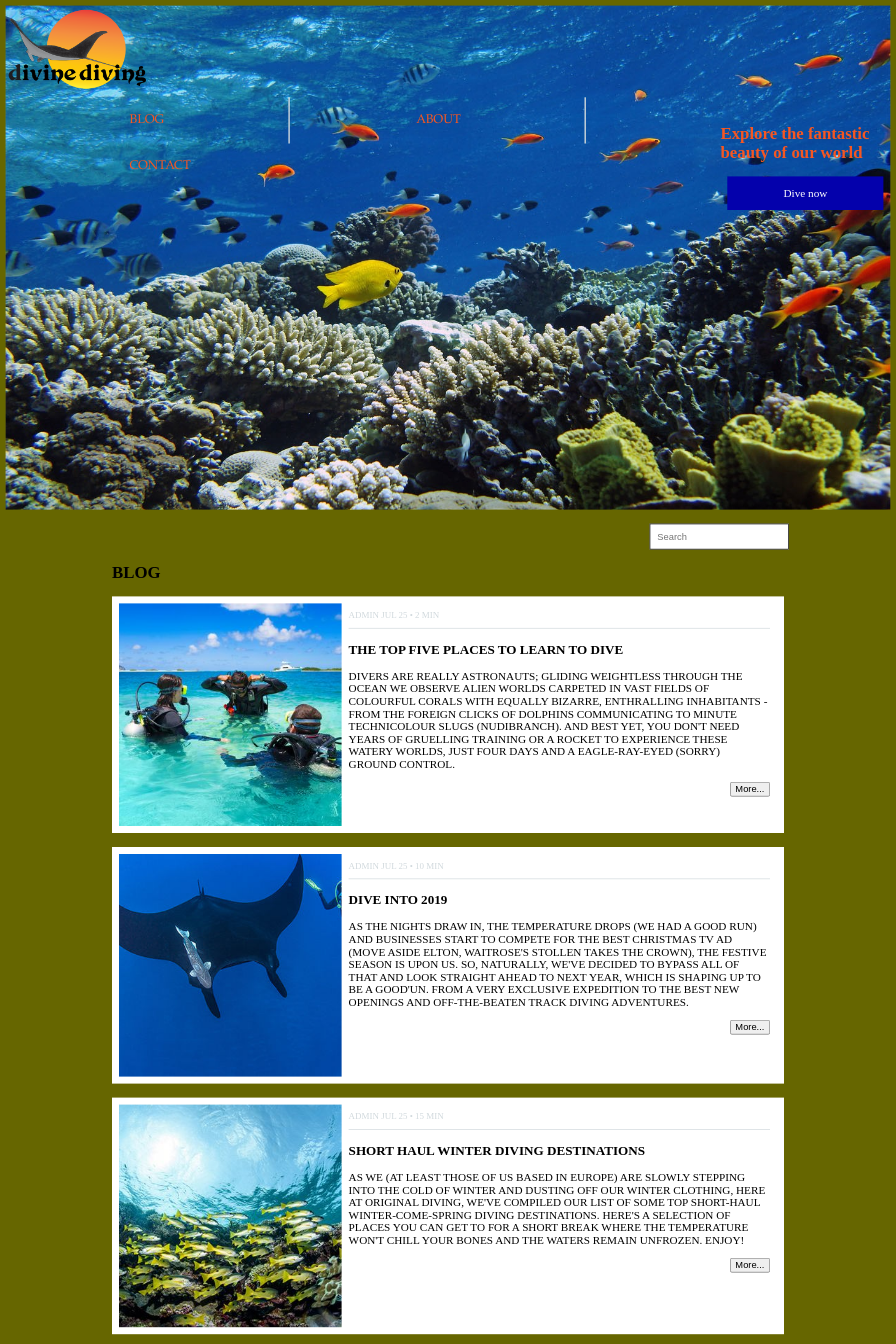
Repository: M1shkaBear/FLX
Page: FLX_homework_3/homework/index.html
An editor plug-in stored every save of this project. The page is shown before and after the next save, followed by the edit.
The browser window is 1280 px wide. The pictures show the part of the page from y = 0 to 1920 px (the page is 3609 px tall), at 70% of full size.
The style sheet was rebuilt from its Sass, Less or Tailwind sources for each picture, by a compiler version that may differ from the author's.

Above is the page before, as saved 2019-01-26 17:19:54.

### FLX_homework_3/homework/index.html
<!DOCTYPE html>
<html lang="en">
  <head>
    <meta charset="UTF-8" />
    <meta name="viewport" content="width=device-width, initial-scale=1.0" />
    <meta http-equiv="X-UA-Compatible" content="ie=edge" />

    <!-- Styles should be switched here: -->

    <!-- <link rel="stylesheet" type="text/css" href="css/style1.css" /> -->
    <link rel="stylesheet" type="text/css" href="css/style2.css" />

    <title>Explore the world of ocean</title>
  </head>

  <body>
    <div class="main-wrapper">
      <header>
        <div class="top-wrapper">
          <div class="logo"><img src="img/logo.png" alt="" /></div>

          <nav>
            <a role="button" href="#list" target="_self">Blog</a>
            <a role="button" href="#about" target="_self">About</a>
            <a role="button" href="#contact" target="_self">Contact</a>
          </nav>
        </div>
        <section>
          <h1>Explore the fantastic beauty of our world</h1>
          <a class="btn btn-top" href="#list" target="_self">Dive now</a>
        </section>
      </header>
      <main>
        <div class="toolbar"><input type="text" placeholder="Search" /></div>
        <section class="post-list" id="list">
          <h1>Blog</h1>
          <article>
            <img src="img/post-1.jpg" alt="" />
            <div>
              <div class="post">
                <div class="post-description">Admin Jul 25 &#8226; 2 min</div>
                <h3>The Top Five Places To Learn To Dive</h3>
                <p>
                  Divers are really astronauts; gliding weightless through the
                  ocean we observe alien worlds carpeted in vast fields of
                  colourful corals with equally bizarre, enthralling inhabitants
                  - from the foreign clicks of dolphins communicating to minute
                  technicolour slugs (nudibranch). And best yet, you don't need
                  years of gruelling training or a rocket to experience these
                  watery worlds, just four days and a eagle-ray-eyed (sorry)
                  ground control.
                </p>
              </div>
              <button class="btn">More...</button>
            </div>
          </article>
          <article>
            <img src="img/post-2.jpg" alt="" />
            <div>
              <div class="post">
                <div class="post-description">Admin Jul 25 &#8226; 10 min</div>
                <h3>Dive Into 2019</h3>
                <p>
                  As the nights draw in, the temperature drops (we had a good
                  run) and businesses start to compete for the best Christmas TV
                  ad (move aside Elton, Waitrose's Stollen takes the crown), the
                  festive season is upon us. So, naturally, we've decided to
                  bypass all of that and look straight ahead to next year, which
                  is shaping up to be a good'un. From a very exclusive
                  expedition to the best new openings and off-the-beaten track
                  diving adventures.
                </p>
              </div>
              <button class="btn">More...</button>
            </div>
          </article>
          <article>
            <img src="img/post-3.jpg" alt="" />
            <div>
              <div class="post">
                <div class="post-description">Admin Jul 25 &#8226; 15 min</div>
                <h3>Short Haul Winter Diving Destinations</h3>
                <p>
                  As we (at least those of us based in Europe) are slowly
                  stepping into the cold of winter and dusting off our winter
                  clothing, here at Original Diving, we've compiled our list of
                  some top short-haul winter-come-spring diving destinations.
                  Here's a selection of places you can get to for a short break
                  where the temperature won't chill your bones and the waters
                  remain unfrozen. Enjoy!
                </p>
              </div>
              <button class="btn">More...</button>
            </div>
          </article>
          <article>
            <img src="img/post-4.jpg" alt="" />
            <div>
              <div class="post">
                <div class="post-description">Admin Jul 25 &#8226; 20 min</div>
                <h3>Beat the System</h3>
                <p>
                  Question: do you consider yourself a canny operator (*taps
                  nose and winks*)? Are you willing to buck the trend, go
                  off-piste, roll the dice as it were? Well it's time to channel
                  your inner wheeler dealer, à la Del Boy Trotter (perhaps
                  without the dodgy gold medallions and morally ambiguous
                  schemes), and beat the system, whether travelling out of
                  season.
                </p>
              </div>
              <button class="btn">More...</button>
            </div>
          </article>
          <article>
            <img src="img/post-5.jpg" alt="" />
            <div>
              <div class="post">
                <div class="post-description">Admin Jul 25 &#8226; 28 min</div>
                <h3>Diving The Galapagos</h3>
                <p>
                  This year I turn 30. At the start of the year I decided that
                  it was going to be a big year for me; figure out my five year
                  plan, set some challenges, say 'yes' to as much as possible
                  and go on some unforgettable trips. The five year plan is
                  still a work in progress, however I did say 'yes' to
                  completing a ski marathon so that doubled with a challenge.
                </p>
              </div>
              <button class="btn">More...</button>
            </div>
          </article>
          <article>
            <img src="img/post-6.jpg" alt="" />
            <div>
              <div class="post">
                <div class="post-description">Admin Jul 25 42 min</div>
                <h3>The 8 Best Dive Sites in the World</h3>
                <p>
                  Bucket lists are for landlubbers. If you're a diver, and the
                  ocean is your oyster, then you NEED to dive these spots,
                  arguably the greatest dive sites on our blue planet.
                </p>
              </div>
              <button class="btn">More...</button>
            </div>
          </article>
        </section>

        <section class="about" id="about">
          <div>
            <h1>About Us</h1>
            <p>
              Our approach differs from other travel companies; we are a group
              of dedicated divers, marine biologists and travellers who take a
              creative approach to tailoring luxury diving holidays.
            </p>
            <p>
              We focus on understanding what you want from your holiday, from
              trips centred entirely around diving to holidays with the odd dive
              included here and there. No matter your level of dive experience
              and knowledge, we will tailor the perfect holiday to your
              requirements using a thoughtful approach, focused on the small
              details that make a big difference.
            </p>
            <p>
              Our aim is to make sure every detail of your holiday is planned to
              perfection by working with you to hone and finesse your itinerary
              to your exact requirements, from ensuring logistics like transfers
              and guides run like clockwork to giving you access to experiences
              the average traveller wouldn't find. So you can sit back, relax
              and enjoy your Original Diving holiday.
            </p>
          </div>
          <div><img src="img/about-section.jpg" alt="" /></div>
        </section>

        <section class="contact-form" id="contact">
          <h1>CONTACT US</h1>
          <h4>For any questions you may have, you can write us:</h4>

          <!-- TODO: write form fields -->
        </section>
      </main>
      <footer><span>&#169; 2019 Exploring the world</span></footer>
    </div>
  </body>
</html>

### FLX_homework_3/homework/scss/_variables2.scss
$contentBackground: #660;
$bgArticle: #ffffff;
$fonts: normal 18px/26px "Palatino Linotype", "Book Antiqua", Palatino, serif;
$bgImg: url("../img/header_background_v2.jpg");
$aColor: #f55722;
$abdcolor: #cfd8dc;
$btnColor: #0401ac;
$lineColor: #d1d9dd;

### FLX_homework_3/homework/scss/_main.scss
body {
  background: $contentBackground;
}

main {
  margin: 0 auto;
  width: 960px;
  article {
    background-color: $bgArticle;
  }
}

header {
  display: flex;
  background-image: $bgImg;
  background-position: center;
  background-size: cover;
  height: 100vh;
  .btn.btn-top {
    background-color: $btnColor;
    color: white;
    border: none;
    padding: 15px 80px;
    text-align: center;
    text-decoration: none;
    display: inline-block;
    font-size: 16px;
  }
  section {
    color: $aColor;
    display: flex;
    flex-direction: column;
    align-items: center;
    margin-top: 150px;
  }

  .logo {
    float: left;
    width: 20%;
    img {
      width: 100%;
      height: auto;
    }
  }
  nav {
    float: right;
    a {
      color: $aColor;
      font: $fonts;
      text-transform: uppercase;
      text-decoration: none;
      padding: 20px 177px 20px 177px;
      display: inline-block;
    }

    a:not(:last-of-type) {
      border-width: 0 2px 0 0;
      border-style: solid;
      border-color: $abdcolor;
    }
  }
}
#about img {
  width: 100%;
}
.toolbar {
  margin: 20px 0 0 80%;
  input {
    padding: 10px;
    border: 1px solid;
  }
}
.post-list {
  text-align: left;
  text-transform: uppercase;
  article {
    padding: 10px;
    margin-bottom: 20px;
    display: flex;
    flex-direction: row;
    justify-content: space-between;
    align-items: flex-start;
  }
  article > div {
    padding: 10px;
    display: flex;
    flex-direction: column;
    justify-content: space-between;
    align-items: flex-end;
  }
}
.post-description {
  font-size: 0.8em;
  border-bottom: 1px solid;
  margin-bottom: 10px;
  padding-bottom: 10px;
  color: $lineColor;
}

Loaded but not shown: FLX_homework_3/homework/scss/style2.scss (common file)

After the next save:
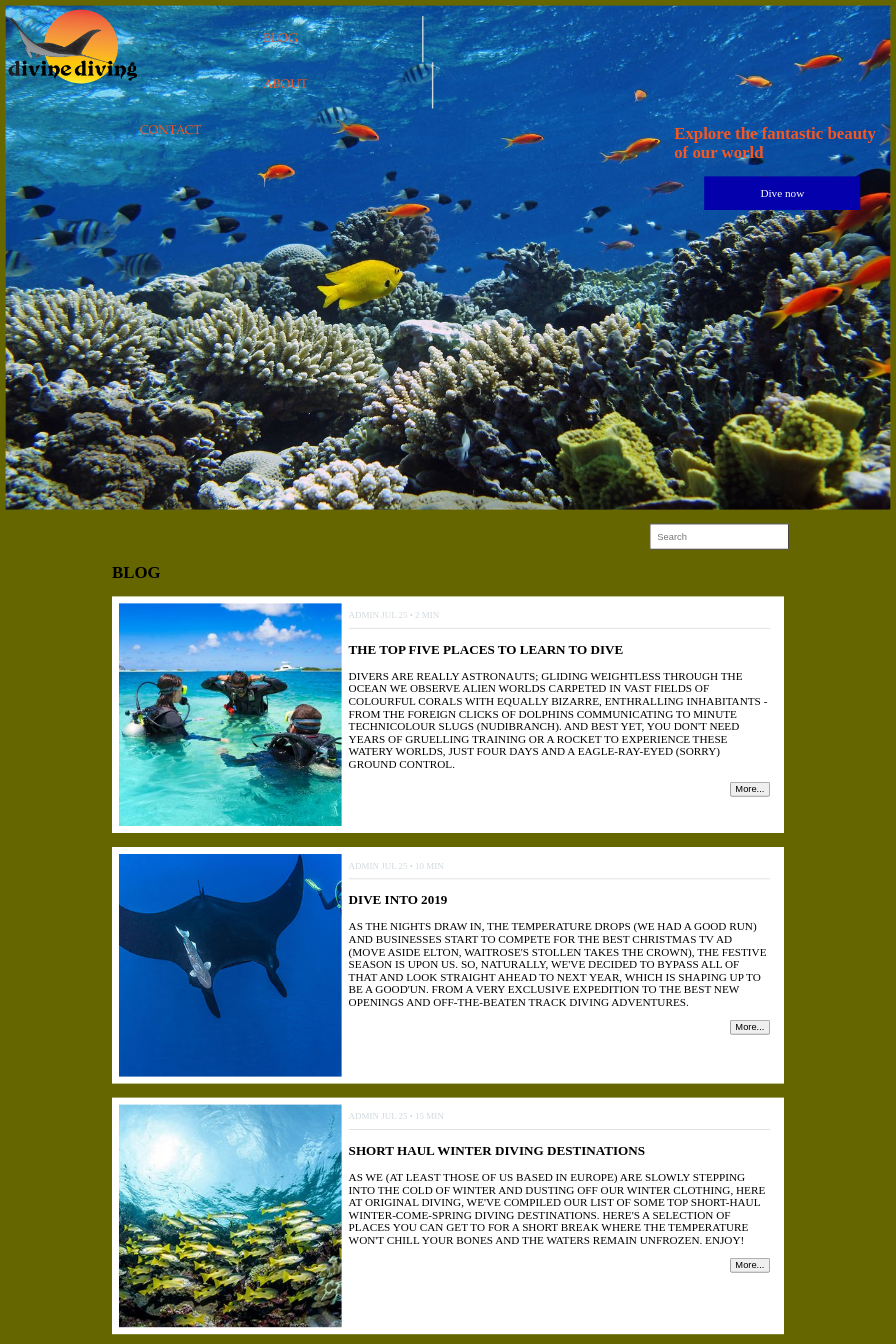
Saved 34 s later.
--- a/FLX_homework_3/homework/scss/_main.scss
+++ b/FLX_homework_3/homework/scss/_main.scss
@@ -43,7 +43,7 @@ header {
     }
   }
   nav {
-    float: right;
+    padding: 15px;
     a {
       color: $aColor;
       font: $fonts;
